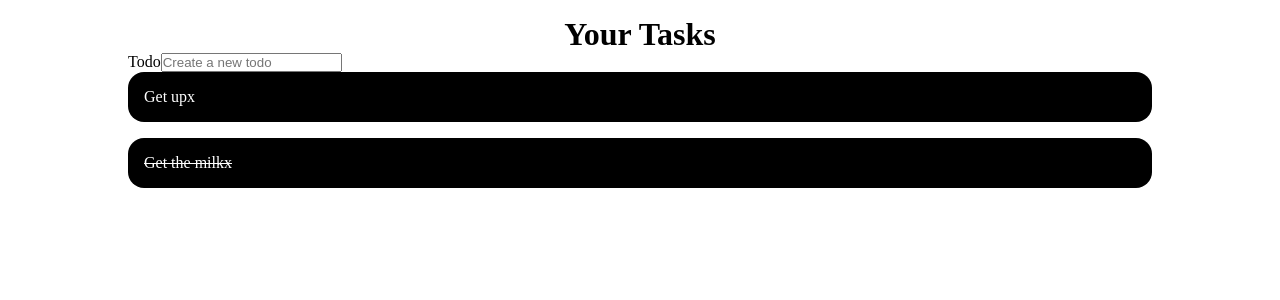
Repository: Heeeeeppo/todo-list
Page: / (app in frontend/)
These files come from the project's save history. The page is drawn as it stood at one moment and after the next save; the edit follows.
The browser window is 1280 px wide. The pictures show the whole page.
The project was rebuilt for these pictures with package versions that can differ from the ones it lists, and the page was loaded fresh each time.

Above is the page before, as saved 2023-11-07 19:32:57.

### frontend/src/index.css
* {
  margin: 0;
  padding: 0;
}

.App {
  padding: 16px;
  width: 80%;
  margin: auto;
}

h1 {
  text-align: center;
}

.inputField{
  width: 50;
  margin: auto;
}

.todo {
  background-color: black;
  color: white;
  position: relative;
  padding: 16px;
  border-radius: 16px;
  display: flex;
  align-items: center;
  margin-bottom: 16px;
}

.completed {
  text-decoration: line-through;
}

### frontend/src/App.js
import { useState } from "react";

function App() {

    const [todos, setTodos] = useState([]);
    const [newTodo, setNewTodo] = useState("");

    function handleChange(event) {
        setNewTodo(event.target.value);
    }

    return (
        <div className="App">
            <h1>Your Tasks</h1>
            <div className="inputField">
                <label for="text">Todo</label>
                <input
                    type="text"
                    name="text"
                    onChange={handleChange}
                    value={newTodo}
                    placeholder="Create a new todo"
                />
            </div>

            <div className="todos">
                <div className="todo">
                    <div className="checkbox"></div>
                    <div className="text">Get up</div>
                    <div className="delete-todo">x</div>
                </div>

                <div className="todo completed">
                    <div className="checkbox"></div>
                    <div className="text">Get the milk</div>
                    <div className="delete-todo">x</div>
                </div>
            </div>
        </div>
    );
}

export default App;

Loaded but not shown: frontend/public/index.html (common file); frontend/src/index.js (common file)

After the next save:
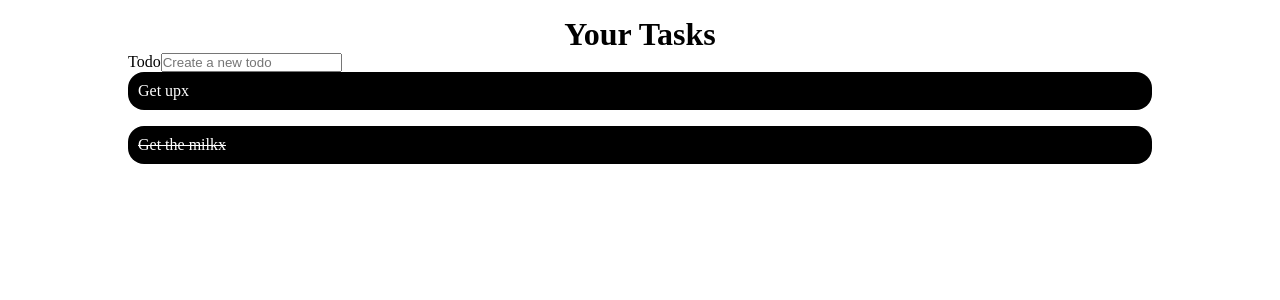
Saved 12 s later.
--- a/frontend/src/index.css
+++ b/frontend/src/index.css
@@ -22,7 +22,7 @@
   background-color: black;
   color: white;
   position: relative;
-  padding: 16px;
+  padding: 10px;
   border-radius: 16px;
   display: flex;
   align-items: center;

After the save that followed:
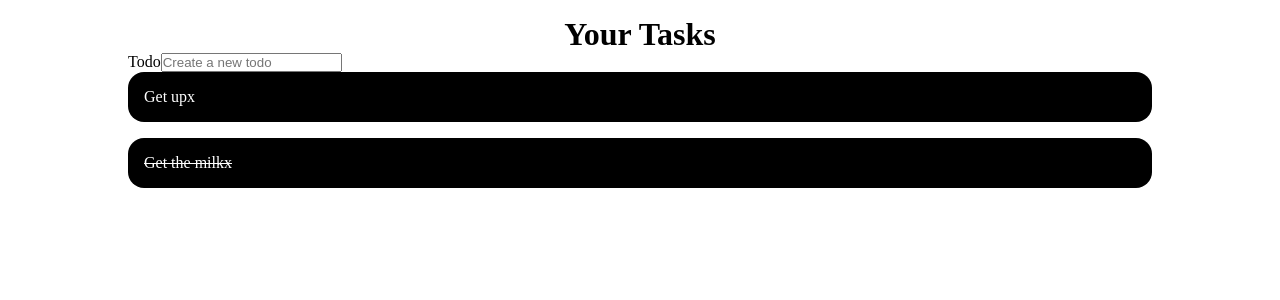
Saved 4 s later.
--- a/frontend/src/index.css
+++ b/frontend/src/index.css
@@ -22,7 +22,7 @@
   background-color: black;
   color: white;
   position: relative;
-  padding: 10px;
+  padding: 16px;
   border-radius: 16px;
   display: flex;
   align-items: center;
